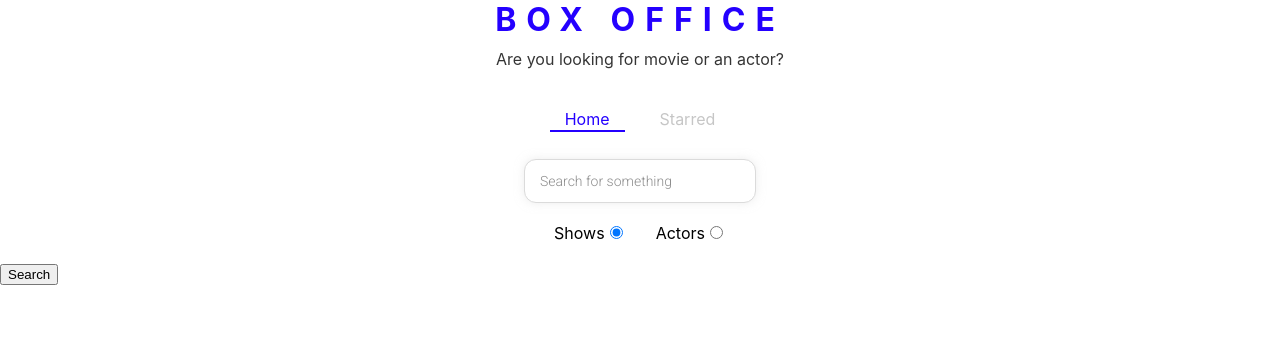
Repository: Mayur2905/Box-office
Page: /
These files come from the project's save history. The page is drawn as it stood at one moment and after the next save; the edit follows.
The browser window is 1280 px wide. The pictures show the whole page.
The project was rebuilt for these pictures with package versions that can differ from the ones it lists, and the page was loaded fresh each time. A package was used in the major version that the imports need, not the one package.json lists. Also part of the build but not shown: src/components/styled.js, src/components/show/ShowCard.styled.js, src/components/show/ShowCard.js, src/components/show/ShowGrid.js, src/components/actor/ActorCard.js, src/components/actor/ActorGrid.js, src/pages/Starred.js, src/components/show/ShowMainData.styled.js and 9 more.

Above is the page before, as saved 2021-10-16 21:24:45.

### public/index.html
<!DOCTYPE html>
<html lang="en">
  <head>
    <meta charset="utf-8" />
    <link rel="icon" href="%PUBLIC_URL%/favicon.ico" />
    <meta name="viewport" content="width=device-width, initial-scale=1" />
    <meta name="theme-color" content="#000000" />
    <meta
      name="description"
      content="Web site created using create-react-app"
    />
    <link rel="apple-touch-icon" href="%PUBLIC_URL%/logo192.png" />
    <!--
      manifest.json provides metadata used when your web app is installed on a
      user's mobile device or desktop. See https://developers.google.com/web/fundamentals/web-app-manifest/
    -->
    <link rel="manifest" href="%PUBLIC_URL%/manifest.json" />
    <!--
      Notice the use of %PUBLIC_URL% in the tags above.
      It will be replaced with the URL of the `public` folder during the build.
      Only files inside the `public` folder can be referenced from the HTML.

      Unlike "/favicon.ico" or "favicon.ico", "%PUBLIC_URL%/favicon.ico" will
      work correctly both with client-side routing and a non-root public URL.
      Learn how to configure a non-root public URL by running `npm run build`.
    -->
    <title>React App</title>
  </head>
  <body>
    <noscript>You need to enable JavaScript to run this app.</noscript>
    <div id="root"></div>
    <link
  href="https://fonts.googleapis.com/css?family=Roboto:300,400,700,&display=swap"
  rel="stylesheet"
/>
<title>Box Office</title>

  </body>
</html>

### src/index.js
import React from 'react';
import ReactDOM from 'react-dom';
import  {BrowserRouter} from 'react-router-dom';
import './index.css';
import App from './App';
import reportWebVitals from './reportWebVitals';

ReactDOM.render(
<BrowserRouter>
  <App />
</BrowserRouter>,
document.getElementById('root')

);

// If you want to start measuring performance in your app, pass a function
// to log results (for example: reportWebVitals(console.log))
// or send to an analytics endpoint. Learn more: https://bit.ly/CRA-vitals
reportWebVitals();

### src/App.js
import React from 'react';
import { ThemeProvider } from 'styled-components';
import { Switch, Route } from 'react-router-dom';

import Home from './pages/Home';
import Starred from './pages/Starred';
import Show from './pages/Show';

const theme = {
  mainColors: {
    blue: '#2400ff',
    gray: '#c6c6c6',
    dark: '#353535',
  },
};

function App() {
  return (
    <ThemeProvider theme={theme}>
    <Switch>
      <Route exact path="/">
        <Home />
      </Route>

      <Route exact path="/starred">
        <Starred />
      </Route>

      <Route exact path="/show/:id">
        <Show />
      </Route>

      <Route>
        <div>Not found</div>
      </Route>
    </Switch>
    </ThemeProvider>
  );
}

export default App;

### src/reportWebVitals.js
 /* eslint-disable */
const reportWebVitals = onPerfEntry => {
  if (onPerfEntry && onPerfEntry instanceof Function) {
    import('web-vitals').then(({ getCLS, getFID, getFCP, getLCP, getTTFB }) => {
      getCLS(onPerfEntry);
      getFID(onPerfEntry);
      getFCP(onPerfEntry);
      getLCP(onPerfEntry);
      getTTFB(onPerfEntry);
    });
  }
};

export default reportWebVitals;

### src/pages/Home.js
import React, { useState } from 'react';
import MainPageLayout from '../components/MainPageLayout';
import { apiGet } from '../misc/config';
import ShowGrid from '../components/show/ShowGrid';
import ActorGrid from '../components/actor/ActorGrid';
import { useLastOuery } from '../misc/custom-hooks';
import { RadioInputsWrapper, SearchButtonWrapper, SearchInput } from './Home.styled';

const Home = () => {
  const [input, setInput] = useLastOuery();
  const [results, setResults] = useState(null);
  const [searchOption, setSearchOption] = useState('shows');

  const isShowsSearch = searchOption === 'shows';
  const onSearch = () => {
    apiGet(`/search/${searchOption}?q=${input}`).then(result => {
      setResults(result);
    });
  };

  const onInputChange = ev => {
    setInput(ev.target.value);
  };

  const onKeyDown = ev => {
    if (ev.keyCode === 13) {
      onSearch();
    }
  };

  const onRadioChange = ev => {
    setSearchOption(ev.target.value);
  };

  const renderResults = () => {
    if (results && results.length === 0) {
      return <div>No results</div>;
    }

    if (results && results.length > 0) {
      return results[0].show ? (
        <ShowGrid data={results} />
      ) : (
        <ActorGrid data={results} />
      );
    }

    return null;
  };

  return (
    <MainPageLayout>
      <SearchInput
        type="text"
        placeholder="Search for something"
        onChange={onInputChange}
        onKeyDown={onKeyDown}
        value={input}
      />

      <RadioInputsWrapper>
        <div>
        <label htmlFor="shows-search">
          Shows
          <input
            id="shows-search"
            type="radio"
            value="shows"
            checked={isShowsSearch}
            onChange={onRadioChange}
            />
        </label>
        </div>
        <div>
        <label htmlFor="actors-search">
          Actors
          <input
            id="actors-search"
            type="radio"
            value="people"
            checked={!isShowsSearch}
            onChange={onRadioChange}
            />
        </label>
        </div>
      </RadioInputsWrapper>

      <button type="button" onClick={onSearch}>
        Search
      </button>
      {renderResults()}
    </MainPageLayout>
  );
};

export default Home;

### src/components/MainPageLayout.js
import React from 'react'
import Navs from './Navs'
import Title from './Title'

const MainPageLayout = ({children}) => {
    return (
        <div>
            <Title title="Box Office"
            subtitle ="Are you looking for movie or an actor?
            "/>
            <Navs/>
            {children}
        </div>
    )
}

export default MainPageLayout

### src/misc/custom-hooks.js
import { useReducer, useEffect,useState } from 'react';
import { apiGet } from './config';

function showsReducer(prevState, action) {
  switch (action.type) {
    case 'ADD': {
      return [...prevState, action.showId];
    }

    case 'REMOVE': {
      return prevState.filter(showId => showId !== action.showId);
    }

    default:
      return prevState;
  }
}

function usePersistedReducer(reducer, initialState, key) {
  const [state, dispatch] = useReducer(reducer, initialState, initial => {
    const persisted = localStorage.getItem(key);

    return persisted ? JSON.parse(persisted) : initial;
  });

  useEffect(() => {
    localStorage.setItem(key, JSON.stringify(state));
  }, [state, key]);

  return [state, dispatch];
}

export function useShows(key = 'shows') {
  return usePersistedReducer(showsReducer, [], key);
}
export function useLastOuery(key='lastQuery') {
     const [input, setInput] = useState(()=>{
        const persisted = sessionStorage.getItem(key);

        return persisted ? JSON.parse(persisted) : "";


     });
     const setPersistedInput =(newState)=>{
         setInput(newState);
         sessionStorage.setItem(key,JSON.stringify(newState))
     }
     return[input,setPersistedInput];
}
const reducer = (prevState, action) => {
    switch (action.type) {
      case 'FETCH_SUCCESS': {
        return { isLoading: false, error: null, show: action.show };
      }

      case 'FETCH_FAILED': {
        return { ...prevState, isLoading: false, error: action.error };
      }

      default:
        return prevState;
    }
  };

export function useShow(showId){
    const [state, dispatch] = useReducer(
        reducer,
        {
            show: null,
            isLoading: true,
            error: null,
        }
      );

      useEffect(() => {
        let isMounted = true;

        apiGet(`/shows/${showId}?embed[]=seasons&embed[]=cast`)
          .then(results => {
            if (isMounted) {
              dispatch({ type: 'FETCH_SUCCESS', show: results });
            }
          })
          .catch(err => {
            if (isMounted) {
              dispatch({ type: 'FETCH_FAILED', error: err.message });
            }
          });

        return () => {
          isMounted = false;
        };
      }, [showId]);
      return state;
}

### src/pages/Home.styled.js
import styled from "styled-components";

export const SearchInput = styled.input`
  display: block;
  font-family: 'Roboto', sans-serif;
  width: 200px;
  margin: auto;
  outline: none;
  padding: 13px 15px;
  border: 1px solid #dbdbdb;
  box-shadow: 0px 0px 10px 0px rgba(219, 219, 219, 0.5);
  font-size: 14px;
  border-radius: 12px;
  color: #8d8d8d;

  &::placeholder {
    font-weight: 300;
    color: #8d8d8d;
  }
`;

export const RadioInputsWrapper = styled.div`
  display: flex;
  justify-content: center;
  margin: 20px 0;

  div {
    margin: 0 15px;
  }
`;

export const SearchButtonWrapper = styled.div`
  text-align: center;
  margin-bottom: 35px;

  button {
    color: #fff;
    background-color: ${({ theme }) => theme.mainColors.blue};
    margin: auto;
    padding: 10px 50px;
    font-size: 15px;
    border: none;
    outline: none;
    border-radius: 12px;
    &:hover {
      cursor: pointer;
    }
  }
`;

### src/components/Navs.js
import React from 'react';
import { useLocation } from 'react-router';
import { LinkStyled, NavList } from './Navs.styled';

const LINKS = [
  { to: '/', text: 'Home' },
  { to: '/starred', text: 'Starred' },
];

const Navs = () => {
  const location = useLocation();
  return (
    <div>
      <NavList>
        {LINKS.map(item => (
          <li key={item.to}>
            <LinkStyled to={item.to} className={item.to ===location.pathname ? 'active':''}>{item.text}</LinkStyled>
          </li>
        ))}
      </NavList>
    </div>
  );
};

export default Navs;

### src/components/Navs.styled.js
import styled from "styled-components";
import { Link } from "react-router-dom";

export const NavList = styled.ul`
  display: flex;
  justify-content: center;
  list-style: none;
  margin: 0 0 30px;
  padding: 0;
`;

export const LinkStyled = styled(Link)`
  margin: 0 10px;
  padding: 3px 15px;
  position: relative;
  text-decoration: none;
  color: ${({ theme }) => theme.mainColors.gray};
  &.active {
    color: ${({ theme }) => theme.mainColors.blue};
    &:after {
      content: '';
      position: absolute;
      display: block;
      height: 2px;
      left: 0%;
      bottom: 0;
      background-color: ${({ theme }) => theme.mainColors.blue};
      animation: slide-in 0.3s ease-in forwards;
      @keyframes slide-in {
        from {
          left: 50%;
          width: 0;
        }
        to {
          left: 0%;
          width: 100%;
        }
      }
    }
  }
`;

### src/components/Title.styled.js
import styled from "styled-components";

export const TitleWrapper = styled.div`
  text-align: center;
  margin: 0 0 40px;

  h1 {
    color: ${({ theme }) => theme.mainColors.blue};
    letter-spacing: 10px;
    text-transform: uppercase;
    margin: 0 0 10px;
  }

  p {
    color: ${({ theme }) => theme.mainColors.dark};
    margin: 0;
  }
`;

Loaded but not shown: src/index.css (common file); src/misc/config.js (common file); src/components/Title.js (common file)

After the next save:
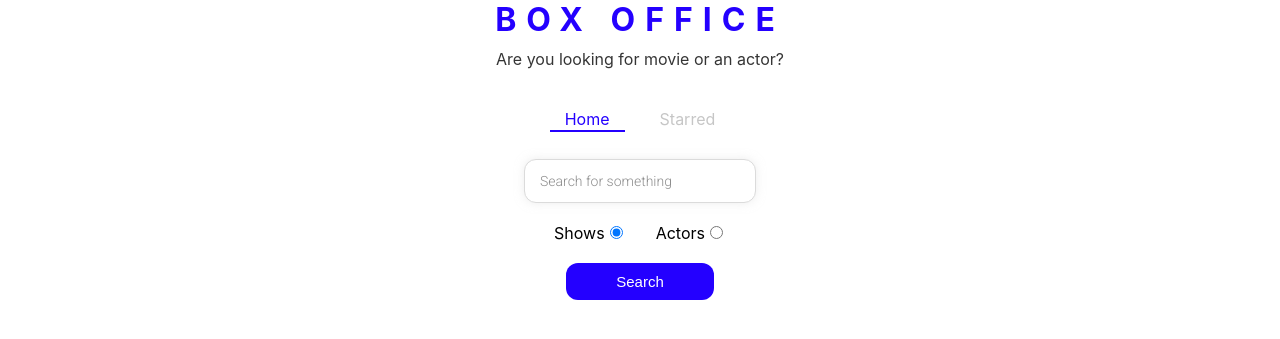
Saved 80 s later.
--- a/src/pages/Home.js
+++ b/src/pages/Home.js
@@ -84,12 +84,14 @@ const Home = () => {
         </label>
         </div>
       </RadioInputsWrapper>
-
+      <SearchButtonWrapper>
       <button type="button" onClick={onSearch}>
         Search
       </button>
       {renderResults()}
+      </SearchButtonWrapper>
     </MainPageLayout>
+
   );
 };
 
